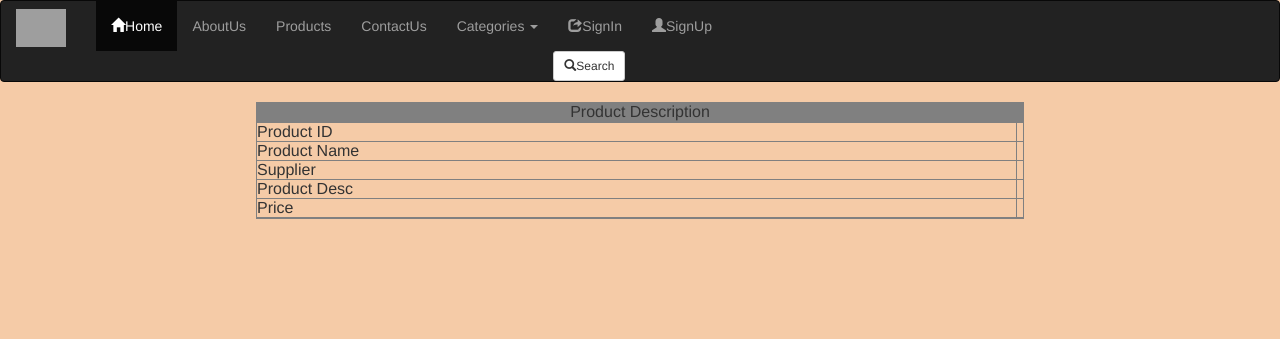
Repository: ananthi024/eCommerce-Project
Page: http://localhost/ClassyMissyFrontend/WEB-INF/views/ProductDesc.jsp
An editor plug-in stored every save of this project. The page is shown before and after the next save, followed by the edit.
The browser window is 1280 px wide. The pictures show the whole page.
Pictures or frames that could not be fetched are drawn as grey boxes. Some web libraries are served in a nearby version. The page is served by Tomcat 9. Nobody is signed in. The template is opened directly, without the code that normally fills it, so the values that code supplies are empty.

Above is the page before, as saved 2017-07-05 23:11:06.
Console error (its wording comes from the project's code and is left out).

After the next save:
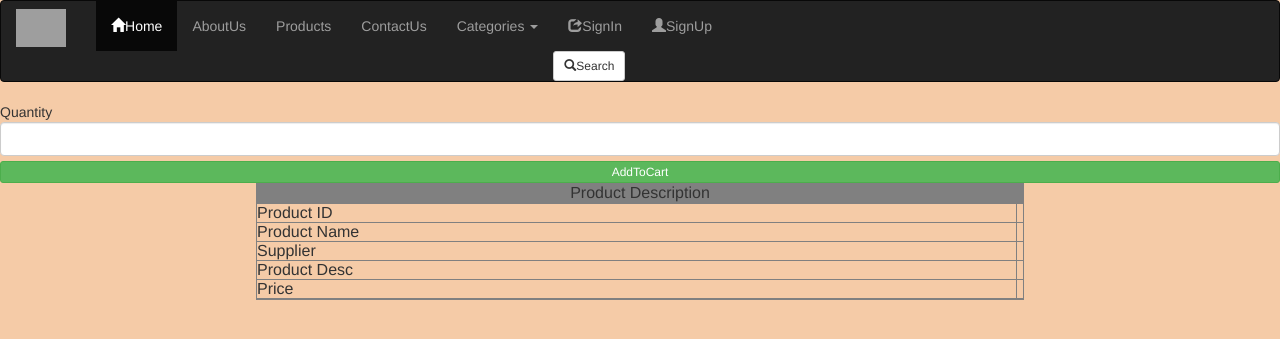
Saved 3 min 25 s later.
--- a/11th July/MyProject/ClassyMissyFrontend/src/main/webapp/WEB-INF/views/ProductDesc.jsp
+++ b/11th July/MyProject/ClassyMissyFrontend/src/main/webapp/WEB-INF/views/ProductDesc.jsp
@@ -27,6 +27,8 @@
 <td><td>
 </td>
 <form action="/addToCart/${prodinfo.prodid }" method="get">
+Quantity<input type="text" name="quantity" class="form-control btn-block" />
+<input type="submit" value="AddToCart" class="btn btn-xs btn-success btn-block" />
 </form>
 </td>
 </tr>
